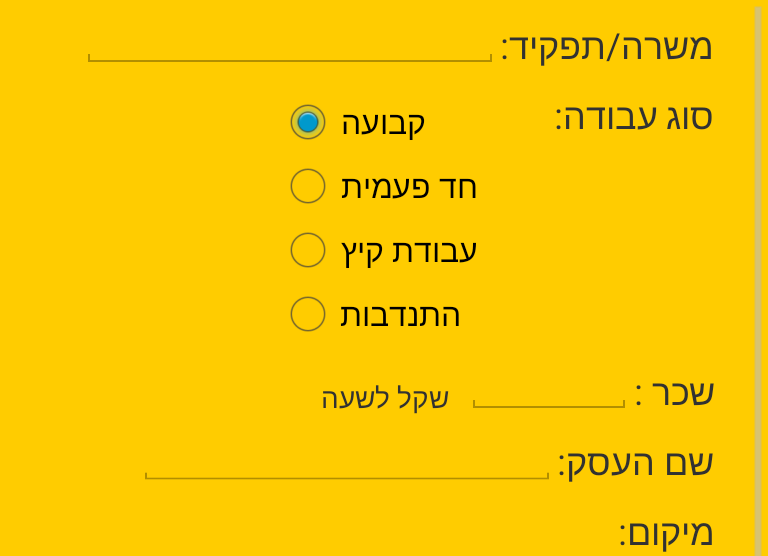
Repository: rodi055/jobli
Layout: Jobli/res/layout/fragment_create_job.xml
An editor plug-in stored every save of this project. The layout is shown before and after the next save, followed by the edit.
The pictures show rows 0 to 556 of an output 1280 px tall.
Pictures or frames that could not be fetched are drawn as grey boxes. It is drawn on a 768 x 1280 px phone screen (xhdpi) without system bars, with theme AppTheme; the app's code is not run. The app's manifest (not shown) leaves right-to-left support off. So textAlignment, textDirection and layoutDirection are ignored, and left and right values win over start and end ones.

Above is the layout before, as saved 2015-01-03 21:28:53.

After the next save:
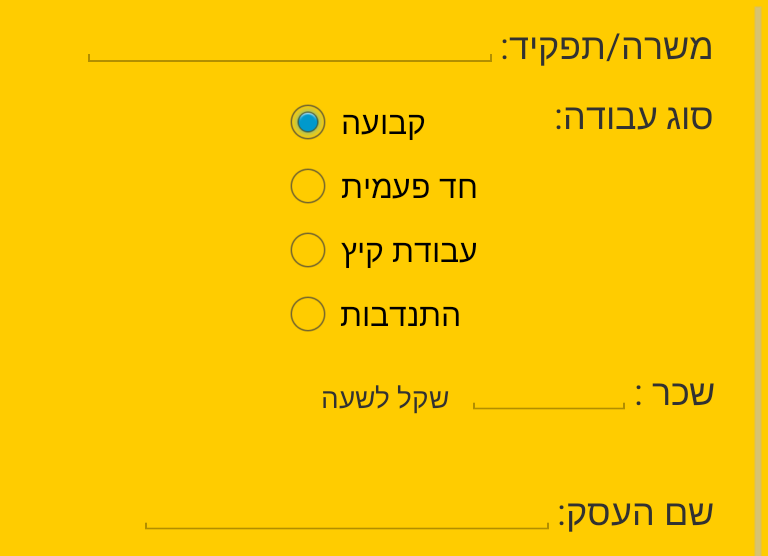
Saved 50 s later.
--- a/Jobli/res/layout/fragment_create_job.xml
+++ b/Jobli/res/layout/fragment_create_job.xml
@@ -103,7 +103,7 @@
 
             <RelativeLayout
                 android:layout_width="wrap_content"
-                android:layout_height="wrap_content"
+                android:layout_height="50dp"
                 android:layout_marginTop="10dp" >
 
                 <TextView
@@ -121,7 +121,7 @@
                 <EditText
                     android:id="@+id/editText8"
                     android:layout_width="wrap_content"
-                    android:layout_height="match_parent"
+                    android:layout_height="wrap_content"
                     android:layout_alignBottom="@+id/textView8"
                     android:layout_toLeftOf="@+id/textView8"
                     android:ems="4"
